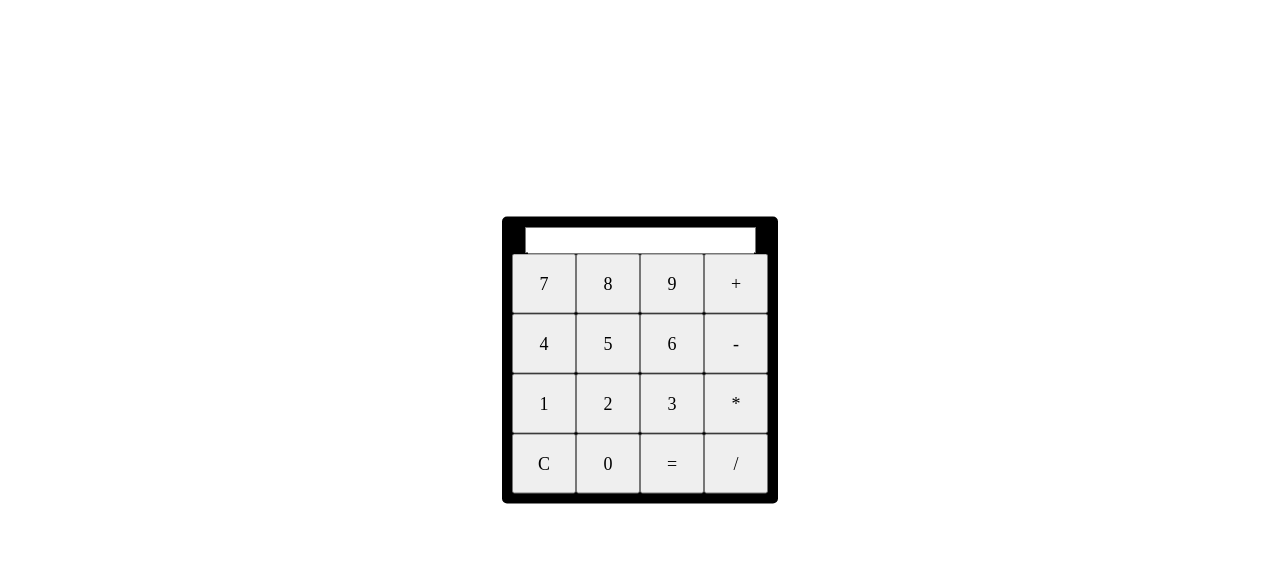
Repository: rajratangm/xcalculator
Page: /
The author's editor kept a copy of each file at every save. The page is drawn from the files as they stood at one save, then again after a run of saves.
The browser window is 1280 px wide. The pictures show the whole page.
The project was rebuilt for these pictures with package versions that can differ from the ones it lists, and the page was loaded fresh each time. Also part of the build but not shown: vite.config.js.

Above is the page before, as saved 2024-04-03 11:08:20.

After the next 6 saves:
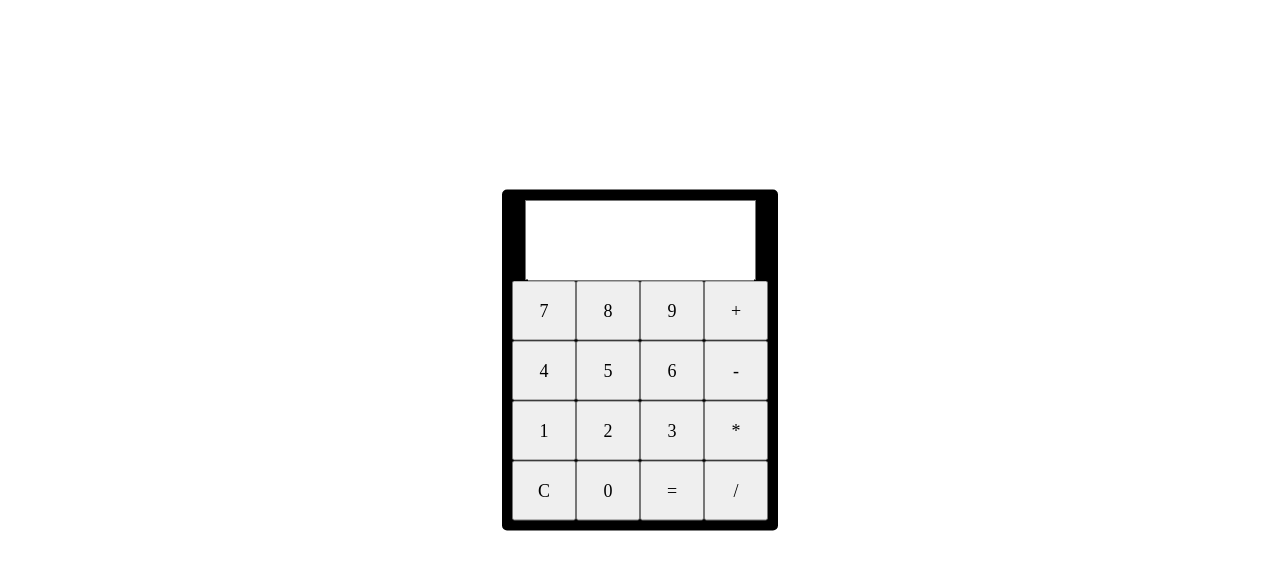
The 6 saves are shown as one change because they came seconds apart.
The last was saved 13 s later.
--- a/src/App.css
+++ b/src/App.css
@@ -31,6 +31,8 @@ body{
 
 }
 
-input[]{
+input[type='text']{
+  height: 75px;
+
 
 }
